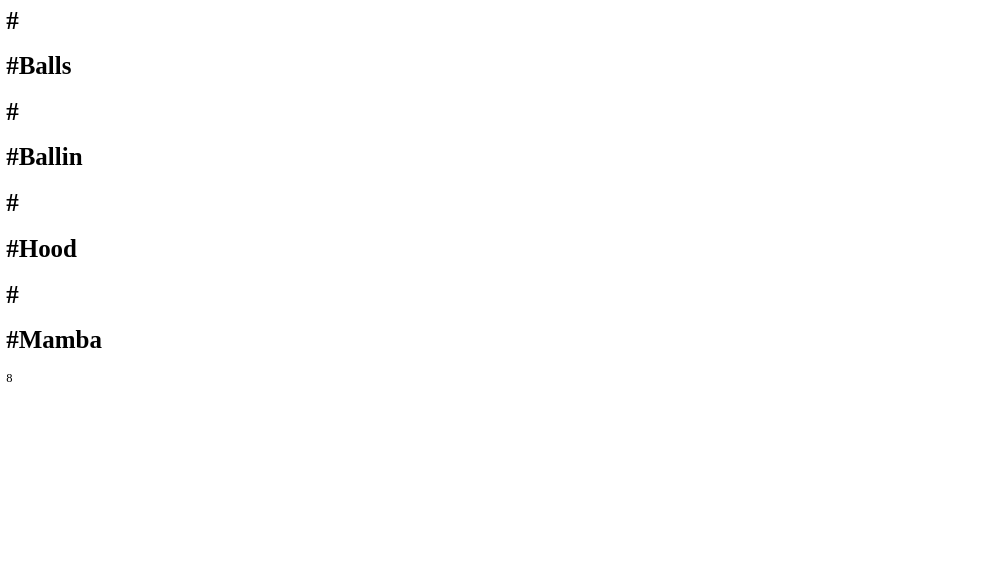
Repository: Anindyait/Tech-Tonic
Page: http://localhost/TechTonic/test.jsp
An editor plug-in stored every save of this project. The page is shown before and after the next save, followed by the edit.
The browser window is 1280 px wide. The pictures show the whole page, at 78% of full size.
The page is served by Tomcat 9.

Above is the page before, as saved 2023-06-09 18:00:09.

After the next save:
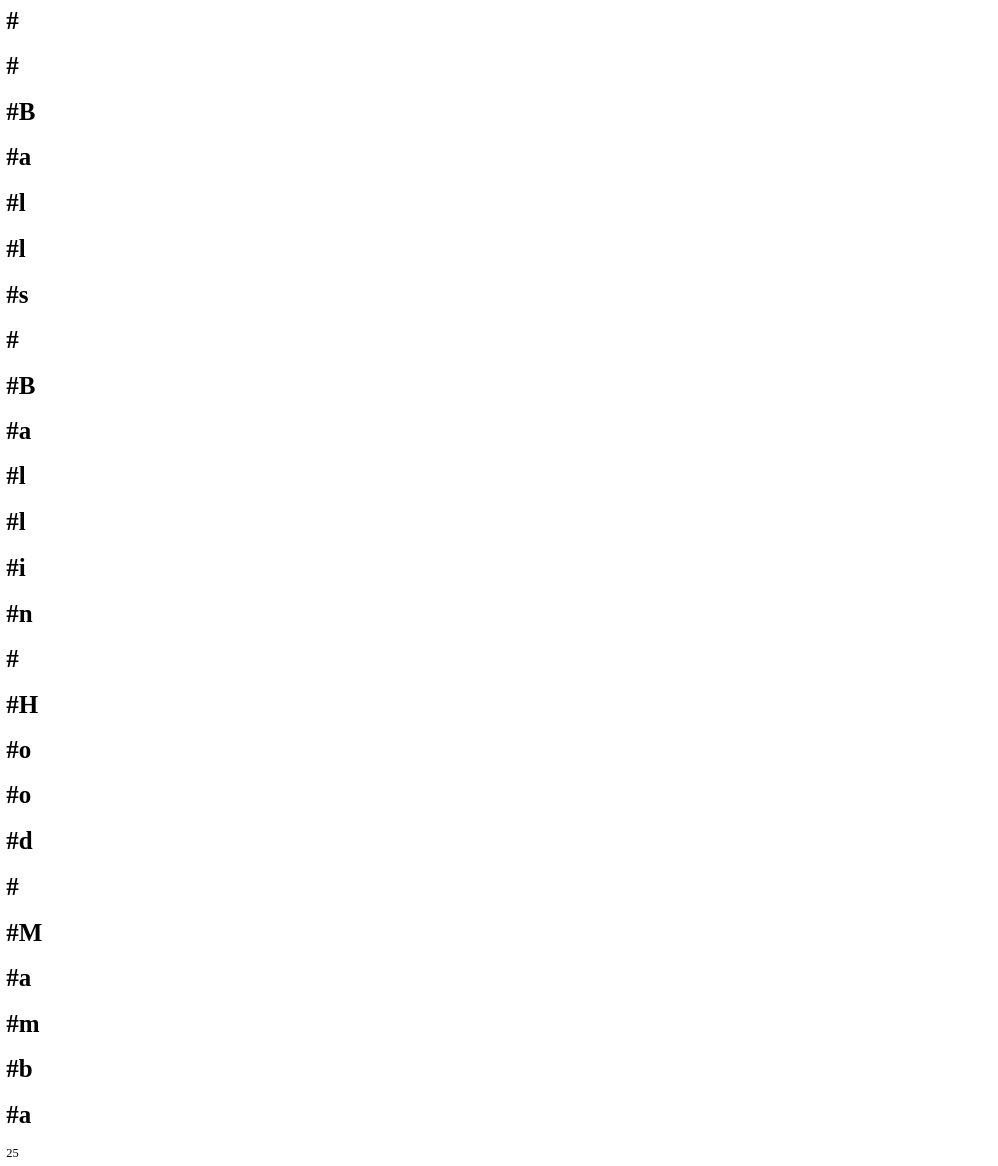
Saved 15 s later.
--- a/TechTonic/src/main/webapp/test.jsp
+++ b/TechTonic/src/main/webapp/test.jsp
@@ -7,7 +7,7 @@
 </head>
 <body>
 <% String names = ",Balls,,Ballin,,Hood,,Mamba,";%>
-<% String[] array =  names.split("(,|,,)");
+<% String[] array =  names.split("(,)*");
 for (int i=0;i<array.length;i++){%>
 	<h1>#<% out.println(array[i]); %></h1>
 	<% } out.println(array.length);%>
